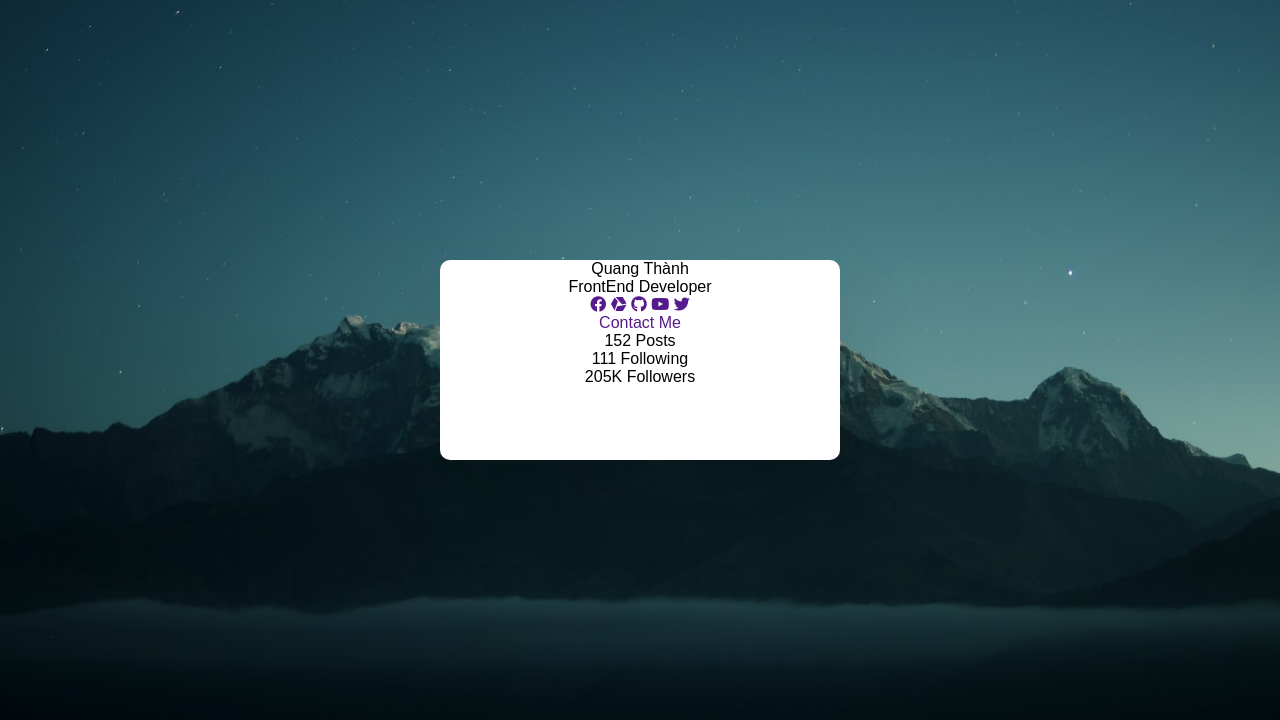
Repository: QuangThanh152/Profile-me
Page: index.html
The author's editor kept a copy of each file at every save. The page is drawn from the files as they stood at one save, then again after the next save.
The browser window is 1280 px wide. The pictures show the whole page.
Pictures or frames that could not be fetched are drawn as grey boxes.

Above is the page before, as saved 2022-10-07 14:52:04.

After the next save:
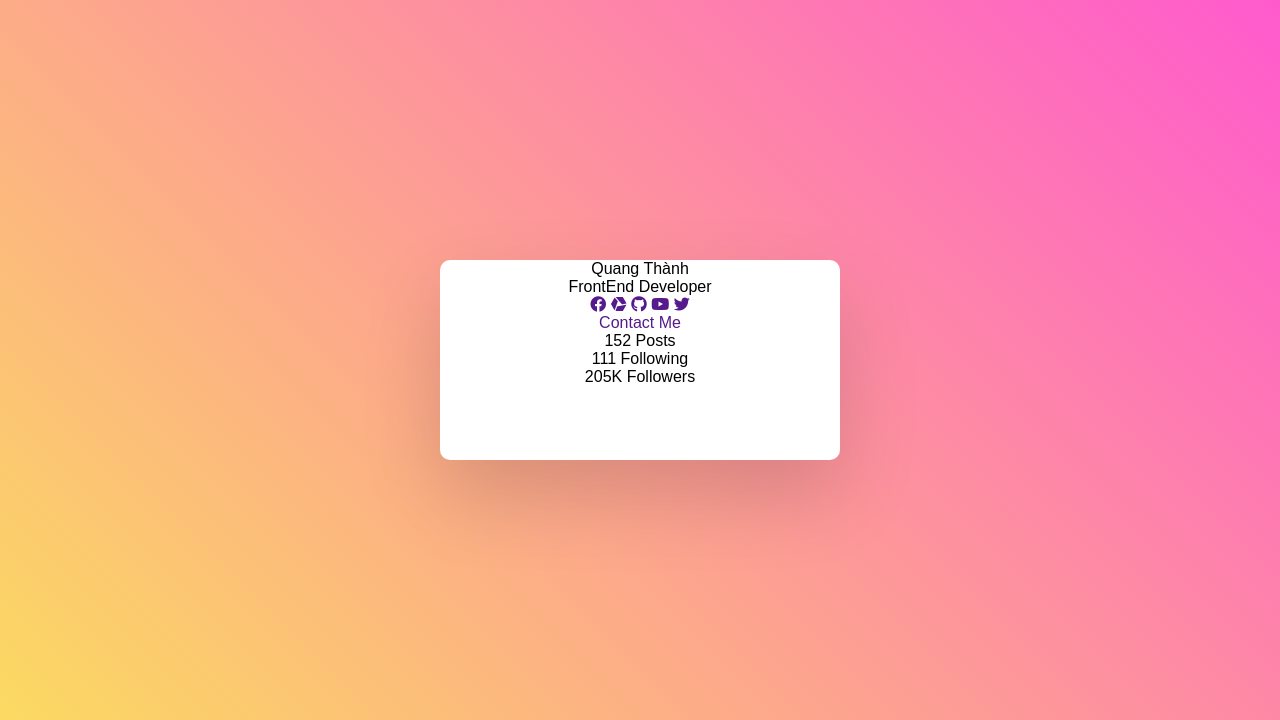
Saved 65 s later.
--- a/accets/main.css
+++ b/accets/main.css
@@ -8,7 +8,8 @@
 
 body {
     min-height: 100vh;
-    background: url(/accets/img/img-big.jpg) no-repeat center;
+    /* background: url(/accets/img/img-big.jpg) no-repeat center; */
+    background: linear-gradient(45deg, #fbda61, #ff5acd);
     background-size: cover;
     display: flex;
     justify-content: center;
